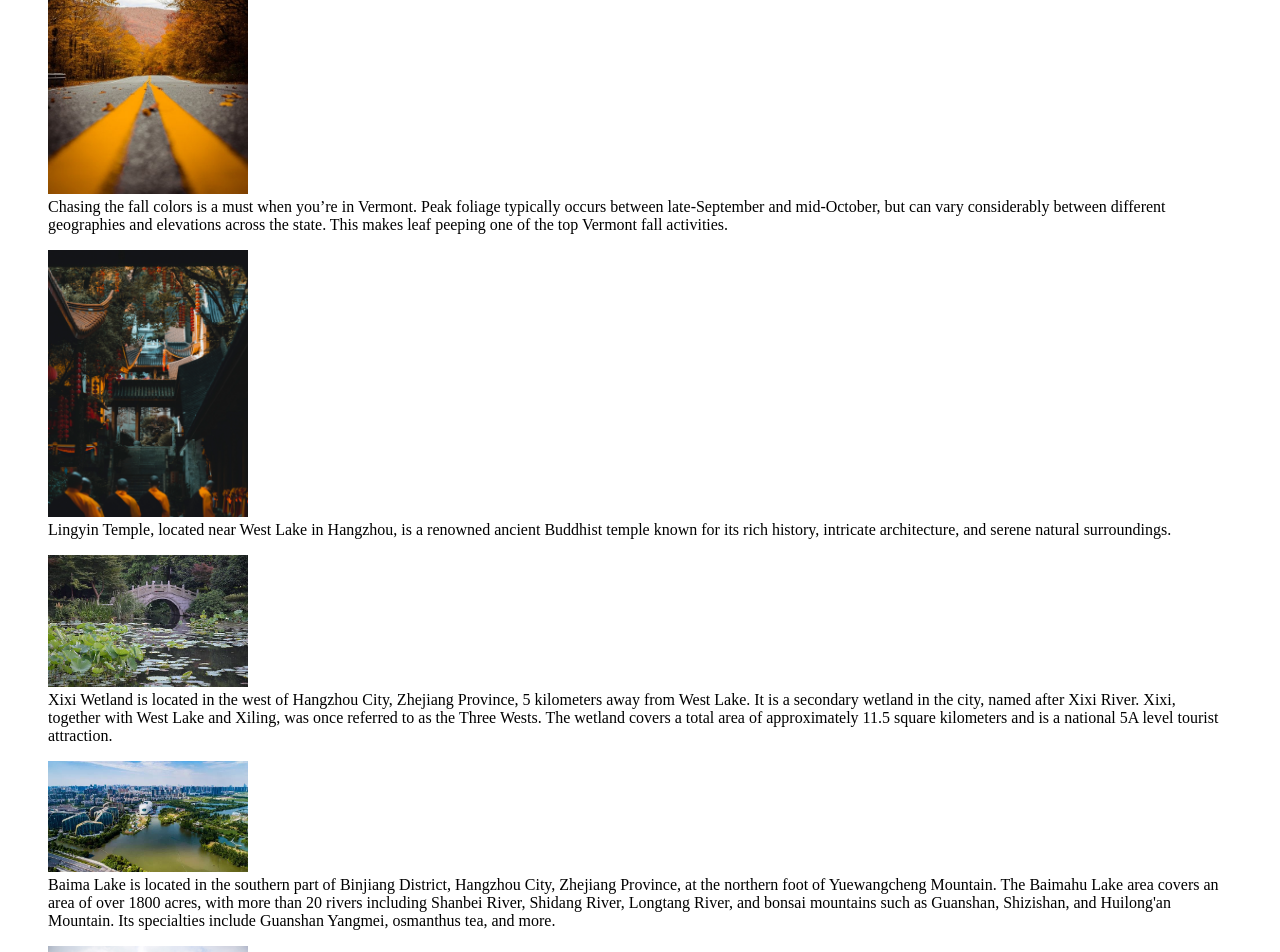
Repository: lulyany/starter_html
Page: travel.html
An editor plug-in stored every save of this project. The page is shown before and after the next save, followed by the edit.
The browser window is 1280 px wide. The pictures show the part of the page from y = 856 to 1808 px (the page is 8686 px tall before and 8670 px after).
A picture or video elsewhere on the page could not be fetched, so the positions and the page height are approximate.

Above is the page before, as saved 2023-09-16 01:46:20.

After the next save:
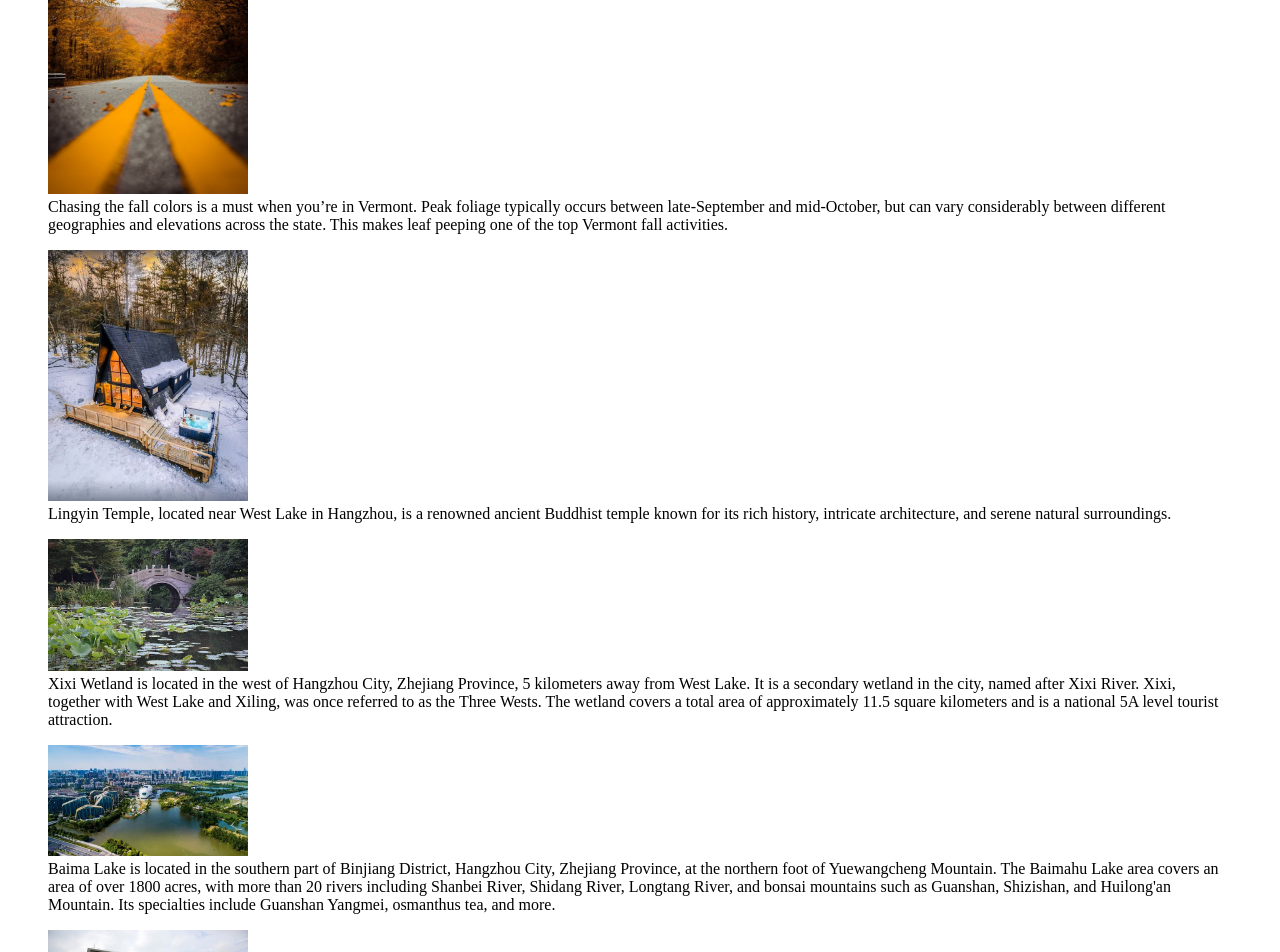
Saved 8 s later.
--- a/travel.html
+++ b/travel.html
@@ -47,7 +47,7 @@
             </figure>
 
             <figure>
-                <img src="images/lingyin.jpg" width="200"
+                <img src="images/cozy-cabin-vt.jpg" width="200"
                     alt="Monk are in the temple.">
                 <figcaption>Lingyin Temple, located near West Lake in Hangzhou, is a renowned ancient Buddhist temple known for its rich history, intricate architecture, and serene natural surroundings.</figcaption>
             </figure>
